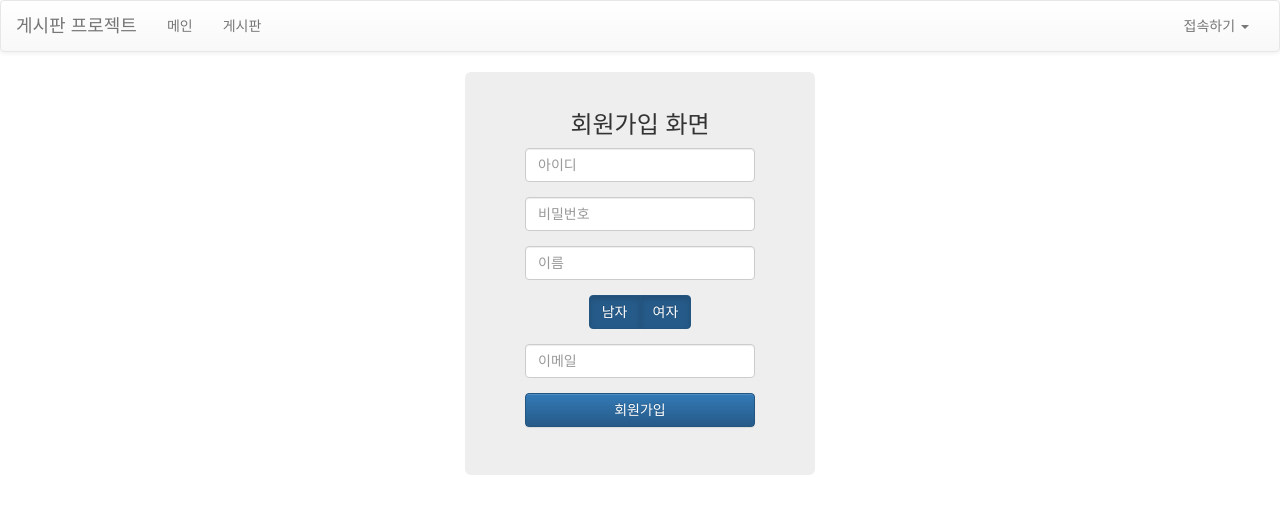
Repository: Seok7975/JSP-Education
Page: http://localhost/BBS/main.jsp
An editor plug-in stored every save of this project. The page is shown before and after the next save, followed by the edit.
The browser window is 1280 px wide. The pictures show the whole page.
Some web libraries are served in a nearby version. The page is served by Tomcat 9. Other server files are loaded and not shown.

Above is the page before, as saved 2024-06-05 07:09:34.

### List_Projects/BBS/src/main/webapp/main.jsp
 <!-- 회원가입화면 -->
<%@ page language="java" contentType="text/html; charset=UTF-8"
    pageEncoding="UTF-8"%>
<%@ page import="java.io.PrintWriter" %>
<!DOCTYPE html>
<html>
<head>
<meta http-equiv="Content-Type" content="text/html; charset=UTF-8">
<meta name="viewport" content="width=device-width, initial-scale=1">
<!-- Latest compiled and minified CSS -->
<link rel="stylesheet" href="https://cdn.jsdelivr.net/npm/bootstrap@3.3.7/dist/css/bootstrap.min.css" integrity="sha384-BVYiiSIFeK1dGmJRAkycuHAHRg32OmUcww7on3RYdg4Va+PmSTsz/K68vbdEjh4u" crossorigin="anonymous">
<!-- Optional theme -->
<link rel="stylesheet" href="https://cdn.jsdelivr.net/npm/bootstrap@3.3.7/dist/css/bootstrap-theme.min.css" integrity="sha384-rHyoN1iRsVXV4nD0JutlnGaslCJuC7uwjduW9SVrLvRYooPp2bWYgmgJQIXwl/Sp" crossorigin="anonymous">
<!-- jQuery (necessary for Bootstrap's JavaScript plugins) -->
<script src="https://code.jquery.com/jquery-3.1.1.min.js"></script>
<!-- Latest compiled and minified JavaScript -->
<script src="https://cdn.jsdelivr.net/npm/bootstrap@3.3.7/dist/js/bootstrap.min.js" integrity="sha384-Tc5IQib027qvyjSMfHjOMaLkfuWVxZxUPnCJA7l2mCWNIpG9mGCD8wGNIcPD7Txa" crossorigin="anonymous"></script>
<title>JSP 게시판 웹 사이트</title>
</head>
<body>
<%
	String userID = null;
	if (session.getAttribute("userID") != null) {
		userID = (String) session.getAttribute("userID");
	}
%>
	<nav class="navbar navbar-default">
		<div class="container-fluid">
			<div class="navbar-header">
				<button type="button" class="navbar-toggle collapsed" data-toggle="collapse" data-target="#bs-example-navbar-collapse-1" aria-expanded="false">
					<span class="sr-only">Toggle navigation</span>
					<span class="icon-bar"></span>
					<span class="icon-bar"></span>
					<span class="icon-bar"></span>
				</button>
				<a class="navbar-brand" href="main.jsp">게시판 프로젝트</a>
			</div>
			<div class="collapse navbar-collapse" id="bs-example-navbar-collapse-1">
				<ul class="nav navbar-nav">
					<li><a href="main.jsp">메인</a></li>
					<li><a href="bbs.jsp">게시판</a></li>
				</ul>
				<ul class="nav navbar-nav navbar-right">
					<li class="dropdown">
						<a href="#" class="dropdown-toggle" data-toggle="dropdown" role="button" aria-haspopup="true" aria-expanded="false">접속하기 <span class="caret"></span></a>
						<ul class="dropdown-menu">
							<li class="active"><a href="login.jsp">로그인</a></li>
							<li><a href="join.jsp">회원가입</a></li>
						</ul>
					</li>
				</ul>
			</div>
		</div>
	</nav>
	<div class="container">
		<div class="col-lg-4"></div>
		<div class="col-lg-4">
			<div class="jumbotron" style="padding-top: 20px;">
				<form method="post" action="joinAction.jsp">
					<h3 style="text-align: center;">회원가입 화면</h3>
					<div class="form-group">
						<input type="text" class="form-control" placeholder="아이디" name="userID" maxlength="20">
					</div>
					<div class="form-group">
						<input type="password" class="form-control" placeholder="비밀번호" name="userPassword" maxlength="20">
					</div>
					<div class="form-group">
						<input type="text" class="form-control" placeholder="이름" name="userName" maxlength="20">
					</div>
					<div class="form-group" style="text-align : center;">
						<div class="btn-group" data-toggle="buttons">
							<label class="btn btn-primary active">
								<input type="radio" name="userGender" autocomplete="off" value="남자" checked>남자
							</label>
							<label class="btn btn-primary active">
								<input type="radio" name="userGender" autocomplete="off" value="여자" checked>여자
							</label>
						</div>
					</div>
					<div class="form-group">
						<input type="email" class="form-control" placeholder="이메일" name="userEmail" maxlength="20">
					</div>
					<input type="submit" class="btn btn-primary form-control" value="회원가입">
				</form>
			</div>
		</div>
		<div class="col-lg-4"></div>
	</div>
</body>
</html>

After the next save:
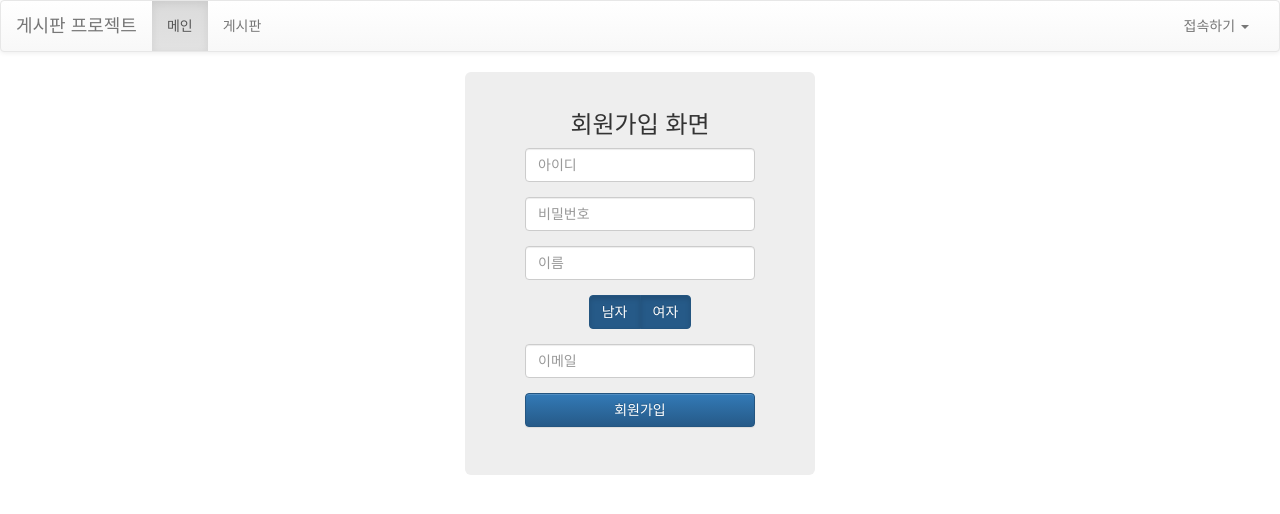
Saved 38 s later.
--- a/List_Projects/BBS/src/main/webapp/main.jsp
+++ b/List_Projects/BBS/src/main/webapp/main.jsp
@@ -37,7 +37,7 @@
 			</div>
 			<div class="collapse navbar-collapse" id="bs-example-navbar-collapse-1">
 				<ul class="nav navbar-nav">
-					<li><a href="main.jsp">메인</a></li>
+					<li class="active"><a href="main.jsp">메인</a></li>
 					<li><a href="bbs.jsp">게시판</a></li>
 				</ul>
 				<ul class="nav navbar-nav navbar-right">
